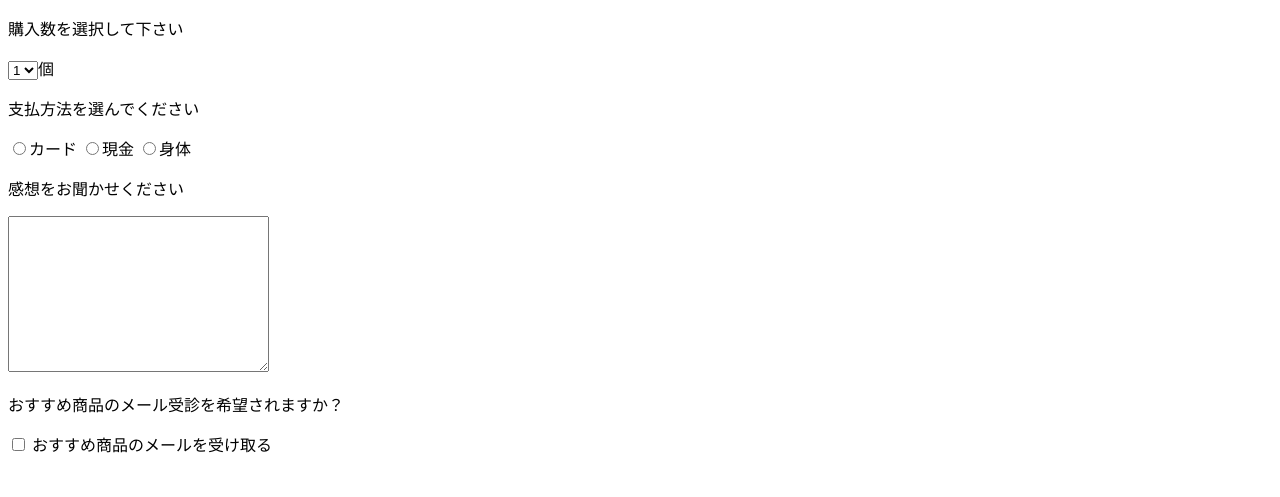
Repository: jp-debug-code/Java-servlet-test
Page: servlet/src/main/webapp/chapter5/request.html
An editor plug-in stored every save of this project. The page is shown before and after the next save, followed by the edit.
The browser window is 1280 px wide. The pictures show the whole page.

Above is the page before, as saved 2023-10-29 17:20:13.

After the next save:
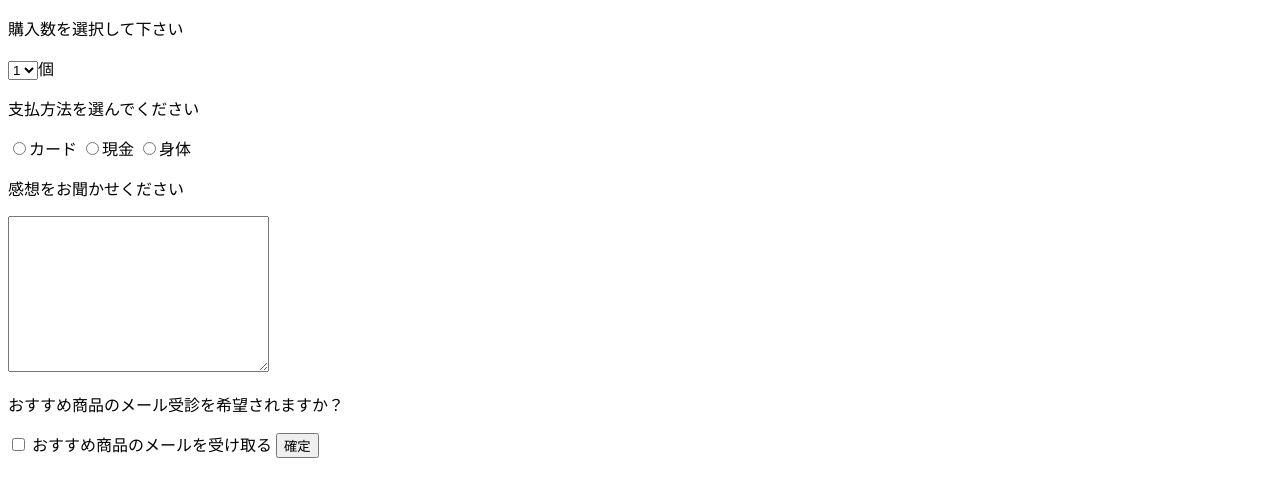
Saved 91 s later.
--- a/servlet/src/main/webapp/chapter5/request.html
+++ b/servlet/src/main/webapp/chapter5/request.html
@@ -31,6 +31,7 @@
 <label for="check">
 <input type="checkbox" id="check"> おすすめ商品のメールを受け取る
 </label>
+<input type="submit" value="確定">
 </form>
 
 </body>
